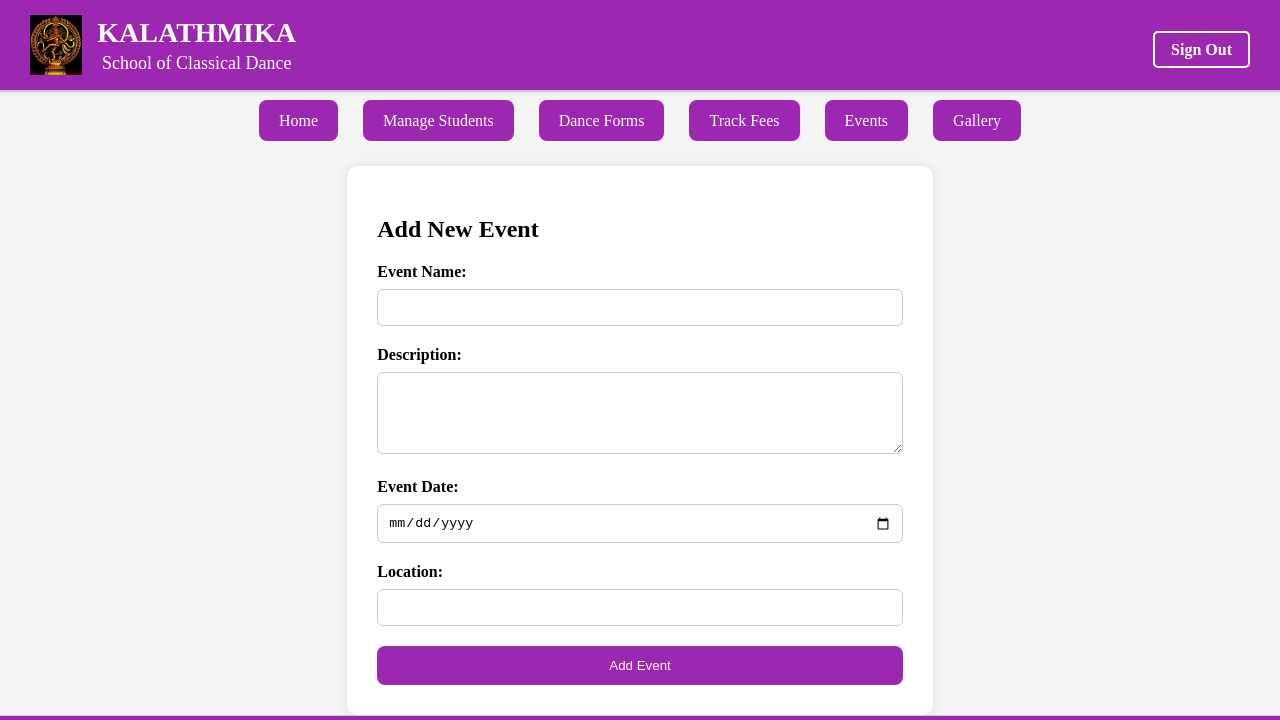
Repository: ammubancilal/LUMINAR-JDK17-STS4-SPRINGBOOT-KALATHMIKA-DANCESCHOOL
Page: http://localhost/springboot-jsp-kalathmika/WEB-INF/jsp/addNewEvent.jsp
These files come from the project's save history. The page is drawn as it stood at one moment and after the next save; the edit follows.
The browser window is 1280 px wide. The pictures show the whole page.
An inner scrolling area shows only its first screen. The page is served by Tomcat 9. Nobody is signed in. The template is opened directly, without the code that normally fills it, so the values that code supplies are empty.

Above is the page before, as saved 2025-04-26 10:08:33.

After the next save:
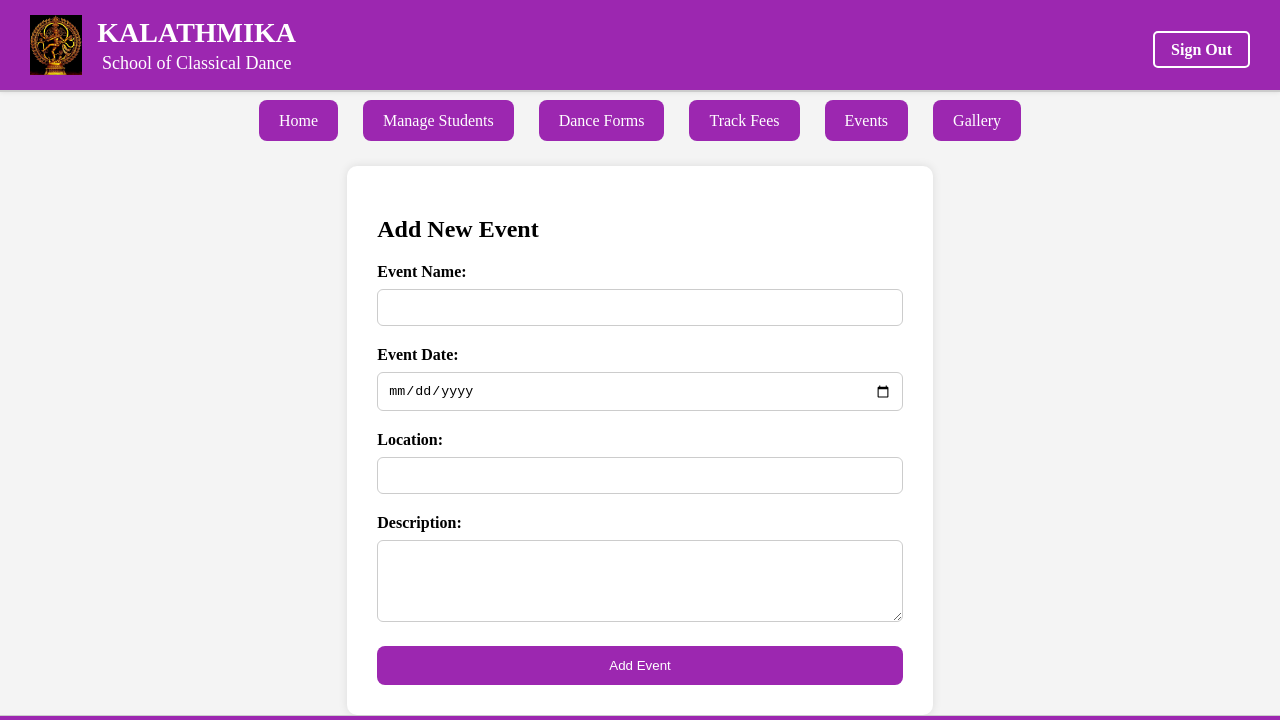
Saved 35 s later.
--- a/springboot-jsp-kalathmika/src/main/webapp/WEB-INF/jsp/addNewEvent.jsp
+++ b/springboot-jsp-kalathmika/src/main/webapp/WEB-INF/jsp/addNewEvent.jsp
@@ -85,20 +85,25 @@
             <input type="text" id="event_name" name="event_name" required>
         </div>
 
+
+         <div>
+            <label for="event_date">Event Date:</label>
+            <input type="date" id="event_date" name="event_date" required>
+        </div>
+
+         <div>
+            <label for="event_location">Location:</label>
+            <input type="text" id="event_location" name="event_location" required>
+        </div>
+
         <div>
             <label for="event_desc">Description:</label>
             <textarea id="event_desc" name="event_desc" rows="4" cols="50" required></textarea>
         </div>
 
-        <div>
-            <label for="event_date">Event Date:</label>
-            <input type="date" id="event_date" name="event_date" required>
-        </div>
 
-        <div>
-            <label for="event_location">Location:</label>
-            <input type="text" id="event_location" name="event_location" required>
-        </div>
+
+
 
         <button type="submit" class="btn-submit">Add Event</button>
     </form>
